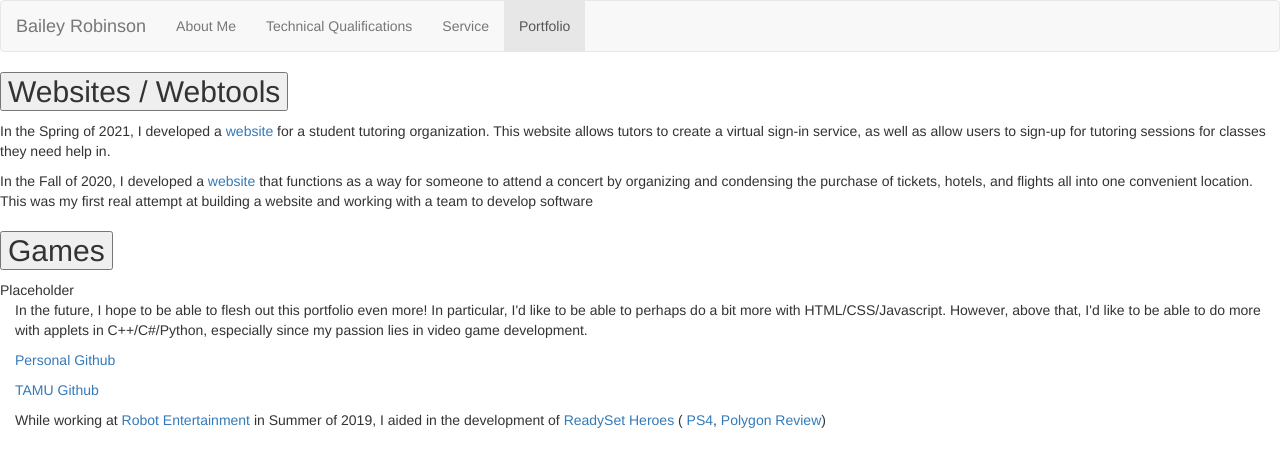
Repository: baileyjrob/personal_website
Page: portfolio.html
The author's editor kept a copy of each file at every save. The page is drawn from the files as they stood at one save, then again after the next save.
The browser window is 1280 px wide. The pictures show the whole page.

Above is the page before, as saved 2022-04-20 13:09:06.

### portfolio.html
<!DOCTYPE html>
<html lang=en>

<head>
    <title>Bailey Robinson</title>
    <meta charset="utf-8">
    <meta name="viewport" content="width=device-width, initial-scale=1">
    <!-- Latest compiled and minified CSS -->
    <link rel="stylesheet" href="https://maxcdn.bootstrapcdn.com/bootstrap/3.4.1/css/bootstrap.min.css">

    <!-- jQuery library -->
    <script src="https://ajax.googleapis.com/ajax/libs/jquery/3.5.1/jquery.min.js"></script>

    <!-- Latest compiled JavaScript -->
    <script src="https://maxcdn.bootstrapcdn.com/bootstrap/3.4.1/js/bootstrap.min.js"></script>
</head>

<body>
    <nav class="navbar navbar-default">
        <div class="container-fluid">
            <div class="navbar-header">
                <a class="navbar-brand" href="index.html">Bailey Robinson</a>
            </div>
            <ul class="nav navbar-nav">
                <li><a href="about.html">About Me</a></li>
                <li><a href="techqual.html">Technical Qualifications</a></li>
                <li><a href="service.html">Service</a></li>
                <li class="active"><a href="portfolio.html">Portfolio</a></li>
            </ul>
        </div>
    </nav>
    <div class="accordion" id="accordionFields">
        <div class="accordion-item">
            <h2 class="accordion-header" id="headingWeb">
                <button class="accordion-button" type="button" data-bs-toggle="collapse" data-bs-target="#collapseOne"
                    aria-expanded="true" aria-controls="collapseOne">
                    Websites / Webtools
                </button>
            </h2>
            <div id="collapseOne" class="accordion-collapse collapse show" aria-labelledby="headingOne"
                data-bs-parent="#accordionExample">
                <div class="accordion-body">
                    <p>In the Spring of 2021, I developed a <a href="https://ortutoring.herokuapp.com/">website</a> for
                        a student
                        tutoring
                        organization. This website allows tutors to create a virtual sign-in service, as well as allow
                        users to sign-up
                        for
                        tutoring sessions for classes they need help in.
                    </p>
                    <p>In the Fall of 2020, I developed a <a href="secret.html">website</a> that functions as a way for
                        someone to
                        attend a concert by organizing and condensing the purchase of tickets, hotels, and flights all
                        into one convenient
                        location. This was my first real attempt at building a website and working with a team to
                        develop software </p>
                </div>
            </div>
        </div>
        <div class="accordion-item">
            <h2 class="accordion-header" id="headingGames">
                <button class="accordion-button" type="button" data-bs-toggle="collapse" data-bs-target="#collapseOne"
                    aria-expanded="true" aria-controls="collapseOne">
                    Games
                </button>
            </h2>
            <div id="collapseOne" class="accordion-collapse collapse show" aria-labelledby="headingOne"
                data-bs-parent="#accordionExample">
                <div class="accordion-body">
                    Placeholder
                </div>
            </div>
        </div>
    </div>
    <div class="container-fluid">
        <p> In the future, I hope to be able to flesh out this portfolio even more! In particular, I'd like to be able
            to
            perhaps do a bit more with HTML/CSS/Javascript. However, above that, I'd like to be able to do more with
            applets
            in
            C++/C#/Python, especially since my passion lies in video game development.</p>
        <p><a href="https://github.com/baileyjrob">Personal Github</a></p>
        <p><a href="https://github.tamu.edu/baileyjrob">TAMU Github</a></p>
        <p>While working at
            <a href="https://robotentertainment.com/">Robot Entertainment</a>
            in Summer of 2019, I aided in the development of
            <a href="https://www.epicgames.com/store/en-US/product/readyset-heroes/home">
                ReadySet Heroes</a> (
            <a href="https://www.playstation.com/en-us/games/readyset-heroes-ps4/">PS4</a>,
            <a
                href="https://www.polygon.com/2019/9/5/20851325/readyset-heroes-preview-release-date-pc-epic-ps4-trailer">
                Polygon Review</a>)
        </p>
    </div>
</body>

</html>

After the next save:
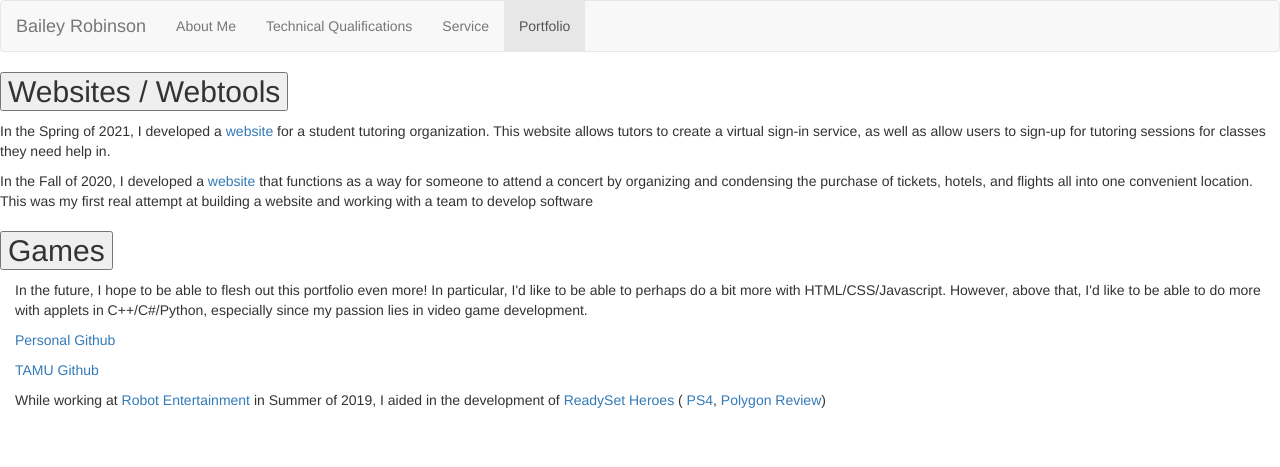
Saved 117 s later.
--- a/portfolio.html
+++ b/portfolio.html
@@ -59,12 +59,12 @@
         </div>
         <div class="accordion-item">
             <h2 class="accordion-header" id="headingGames">
-                <button class="accordion-button" type="button" data-bs-toggle="collapse" data-bs-target="#collapseOne"
-                    aria-expanded="true" aria-controls="collapseOne">
+                <button class="accordion-button collapsed" type="button" data-bs-toggle="collapse"
+                    data-bs-target="#collapseTwo" aria-expanded="False" aria-controls="collapseTwo">
                     Games
                 </button>
             </h2>
-            <div id="collapseOne" class="accordion-collapse collapse show" aria-labelledby="headingOne"
+            <div id="collapseTwo" class="accordion-collapse collapse" aria-labelledby="headingOne"
                 data-bs-parent="#accordionExample">
                 <div class="accordion-body">
                     Placeholder
